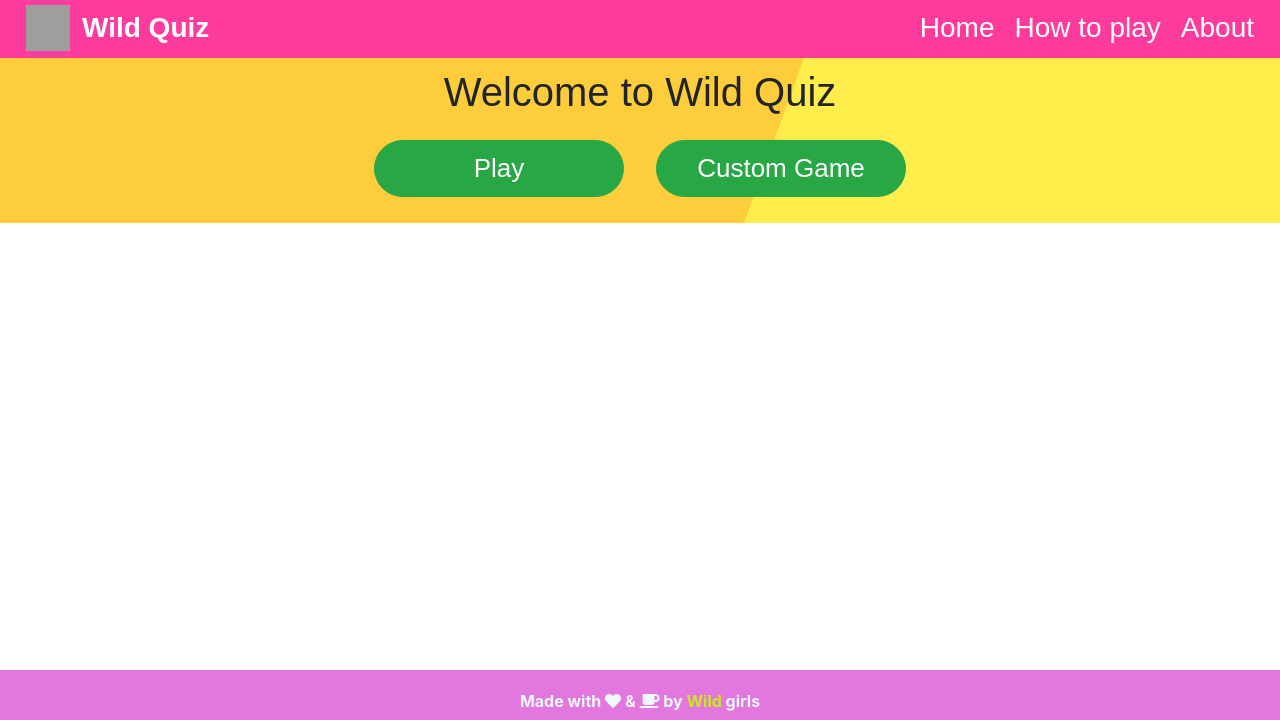
Repository: jenna1k/wildQuizApp
Page: /
An editor plug-in stored every save of this project. The page is shown before and after the next save, followed by the edit.
The browser window is 1280 px wide. The pictures show the whole page.
Pictures or frames that could not be fetched are drawn as grey boxes. The page's requests for data from a server got no answer. Some web fonts or font styles are not loaded; a fallback is used. Some web libraries are served in a nearby version. The project was rebuilt for these pictures with package versions that can differ from the ones it lists, and the page was loaded fresh each time. No one was signed in, and anything a server would have sent is missing. Also part of the build but not shown: src/App.css, src/components/game/GameBox.css, src/components/game/Question.js, src/components/game/Answers.js, src/components/game/ProgressBar.js, src/components/game/GameBox.js, src/components/game/SelectCategory.css, src/components/game/SelectCategory.js and 10 more.

Above is the page before, as saved 2019-05-14 15:18:12.

After the next save:
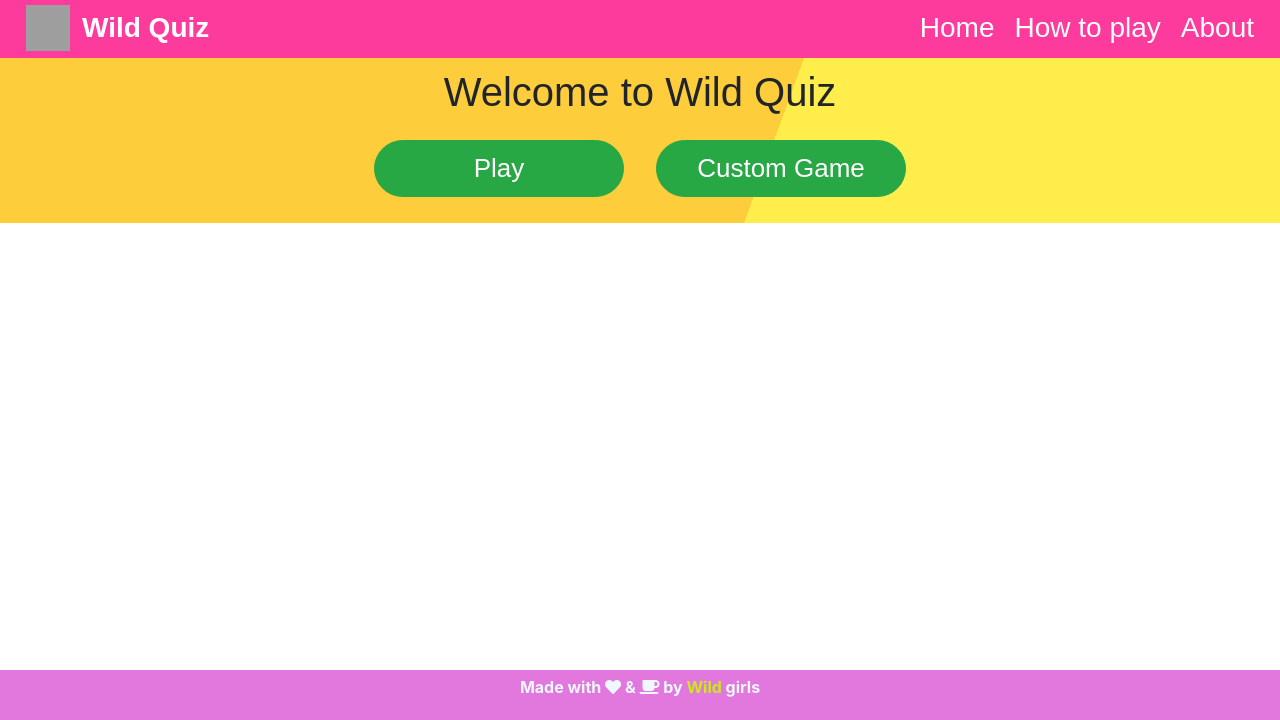
Saved 3 min 34 s later.
--- a/src/index.css
+++ b/src/index.css
@@ -27,12 +27,17 @@
 }
 
 #root {
-  height:100%;
+  height: 100%;
 }
+
 .content {
   min-height: calc(100vh - 50px);
 }
 
 .footer {
+  display: flex;
+  align-items: center;
+  /* Vertical center alignment */
+  justify-content: center;
   height: 50px;
 }
